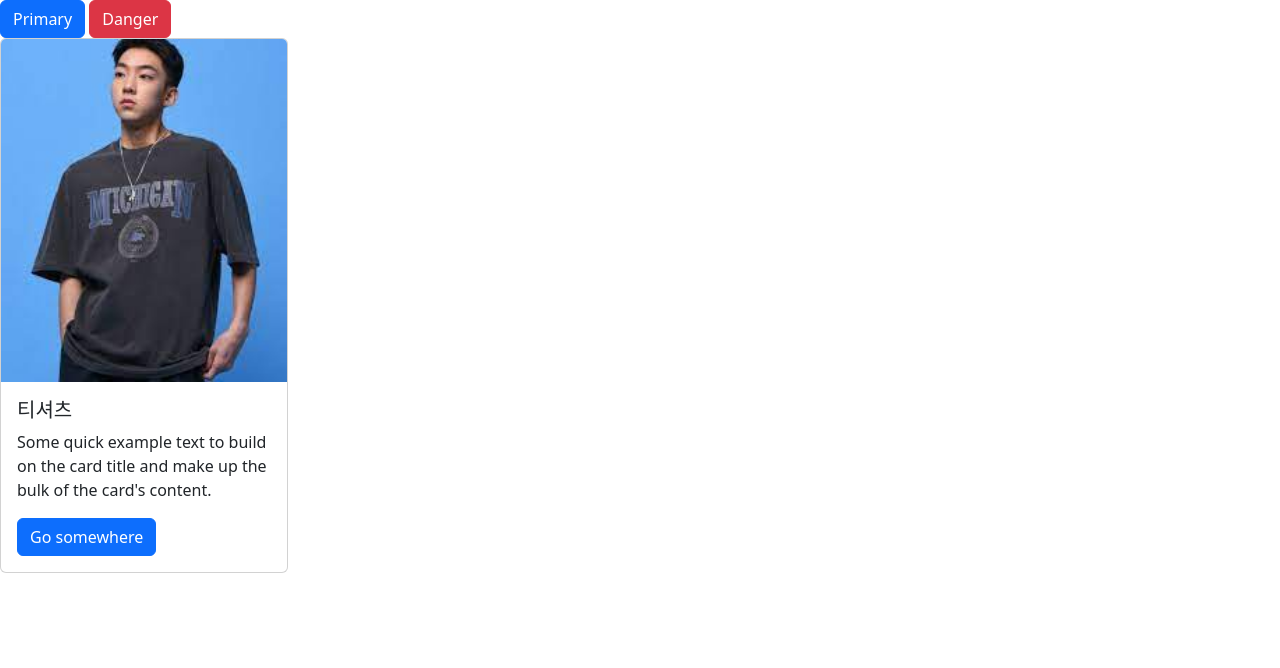
Repository: iris5105/first-project
Page: http://localhost/BootStrapTest/
The author's editor kept a copy of each file at every save. The page is drawn from the files as they stood at one save, then again after the next save.
The browser window is 1280 px wide. The pictures show the whole page.
The page is served by Tomcat 9.

Above is the page before, as saved 2022-11-19 14:28:42.

### BootStrapTest/WebContent/index.jsp
<%@ page language="java" contentType="text/html; charset=UTF-8"
    pageEncoding="UTF-8"%>
<!doctype html>
<html>
  <head>
    <meta charset="utf-8">
    <meta name="viewport" content="width=device-width, initial-scale=1">
    <title>Bootstrap demo</title>
    <link href="https://cdn.jsdelivr.net/npm/bootstrap@5.2.2/dist/css/bootstrap.min.css" rel="stylesheet" integrity="sha384-Zenh87qX5JnK2Jl0vWa8Ck2rdkQ2Bzep5IDxbcnCeuOxjzrPF/et3URy9Bv1WTRi" crossorigin="anonymous">
  </head>
  <body>

    <button type="button" class="btn btn-primary">Primary</button>
    <button type="button" class="btn btn-danger">Danger</button>

    <div class="card" style="width: 18rem;">
  <img src="data:[embedded picture, 7087 characters]" class="card-img-top" alt="...">
  <div class="card-body">
    <h5 class="card-title">티셔츠</h5>
    <p class="card-text">Some quick example text to build on the card title and make up the bulk of the card's content.</p>
    <a href="#" class="btn btn-primary">Go somewhere</a>
  </div>
</div>








    <script src="https://cdn.jsdelivr.net/npm/bootstrap@5.2.2/dist/js/bootstrap.bundle.min.js" integrity="sha384-OERcA2EqjJCMA+/3y+gxIOqMEjwtxJY7qPCqsdltbNJuaOe923+mo//f6V8Qbsw3" crossorigin="anonymous"></script>
  </body>
</html>

After the next save:
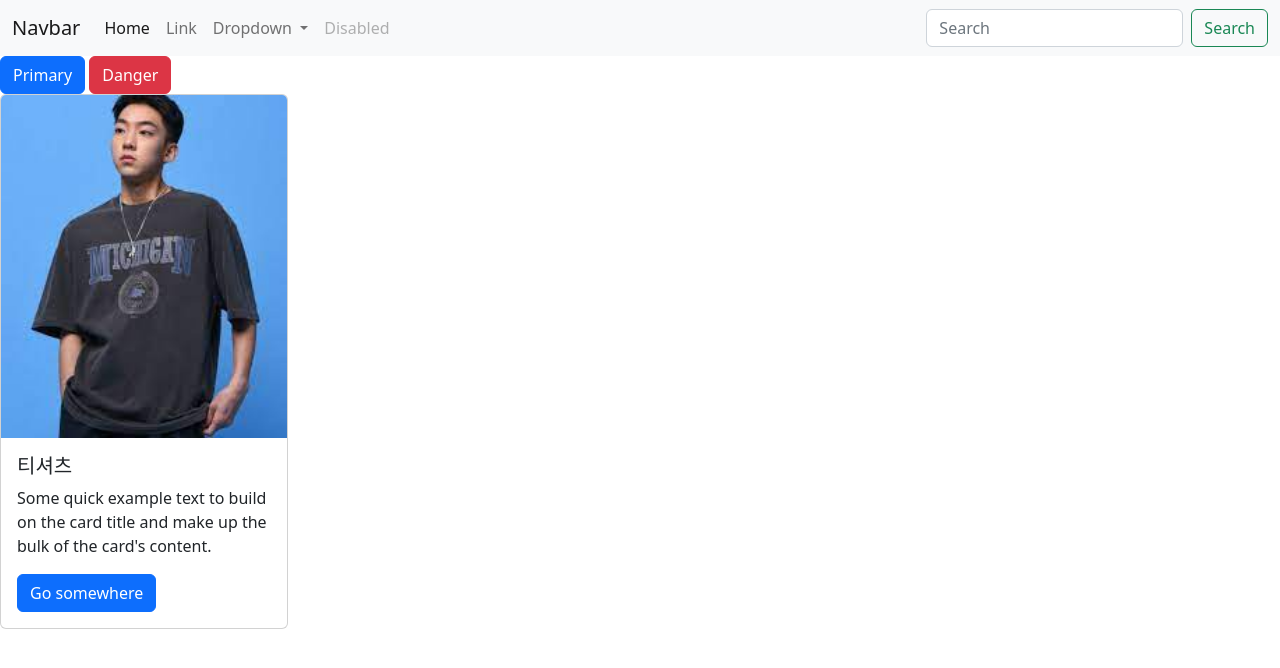
Saved 46 s later.
--- a/BootStrapTest/WebContent/index.jsp
+++ b/BootStrapTest/WebContent/index.jsp
@@ -9,6 +9,42 @@
     <link href="https://cdn.jsdelivr.net/npm/bootstrap@5.2.2/dist/css/bootstrap.min.css" rel="stylesheet" integrity="sha384-Zenh87qX5JnK2Jl0vWa8Ck2rdkQ2Bzep5IDxbcnCeuOxjzrPF/et3URy9Bv1WTRi" crossorigin="anonymous">
   </head>
   <body>
+  	<nav class="navbar navbar-expand-lg bg-light">
+  <div class="container-fluid">
+    <a class="navbar-brand" href="#">Navbar</a>
+    <button class="navbar-toggler" type="button" data-bs-toggle="collapse" data-bs-target="#navbarSupportedContent" aria-controls="navbarSupportedContent" aria-expanded="false" aria-label="Toggle navigation">
+      <span class="navbar-toggler-icon"></span>
+    </button>
+    <div class="collapse navbar-collapse" id="navbarSupportedContent">
+      <ul class="navbar-nav me-auto mb-2 mb-lg-0">
+        <li class="nav-item">
+          <a class="nav-link active" aria-current="page" href="#">Home</a>
+        </li>
+        <li class="nav-item">
+          <a class="nav-link" href="#">Link</a>
+        </li>
+        <li class="nav-item dropdown">
+          <a class="nav-link dropdown-toggle" href="#" role="button" data-bs-toggle="dropdown" aria-expanded="false">
+            Dropdown
+          </a>
+          <ul class="dropdown-menu">
+            <li><a class="dropdown-item" href="#">Action</a></li>
+            <li><a class="dropdown-item" href="#">Another action</a></li>
+            <li><hr class="dropdown-divider"></li>
+            <li><a class="dropdown-item" href="#">Something else here</a></li>
+          </ul>
+        </li>
+        <li class="nav-item">
+          <a class="nav-link disabled">Disabled</a>
+        </li>
+      </ul>
+      <form class="d-flex" role="search">
+        <input class="form-control me-2" type="search" placeholder="Search" aria-label="Search">
+        <button class="btn btn-outline-success" type="submit">Search</button>
+      </form>
+    </div>
+  </div>
+</nav>
 
     <button type="button" class="btn btn-primary">Primary</button>
     <button type="button" class="btn btn-danger">Danger</button>
